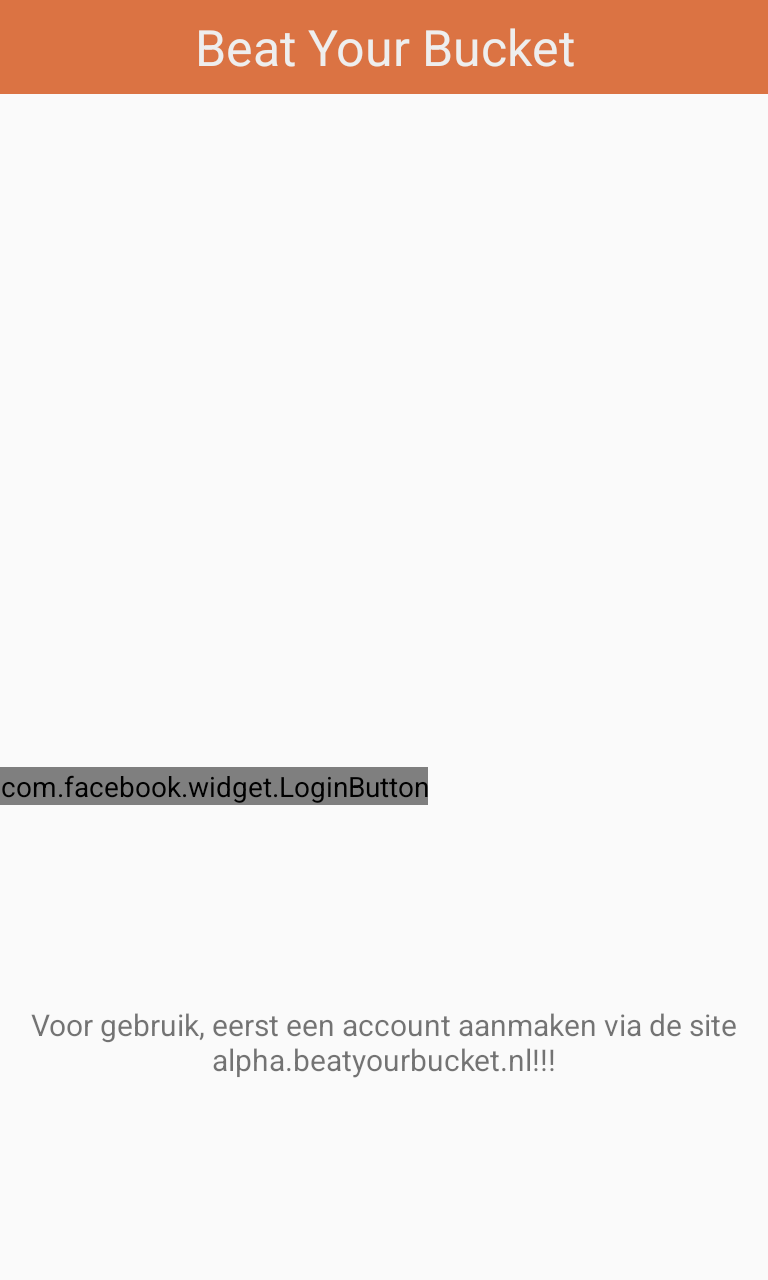
Repository: MarcSelles/BeatYourBucketAndroid
Layout: The_app/BeatYourBucket/res/layout/activity_main.xml
An editor plug-in stored every save of this project. The layout is shown before and after the next save, followed by the edit.
Pictures or frames that could not be fetched are drawn as grey boxes. It is drawn on a 768 x 1280 px phone screen (xhdpi) without system bars, with theme AppTheme; the app's code is not run.

Above is the layout before, as saved 2015-01-27 13:09:52.

### The_app/BeatYourBucket/res/layout/activity_main.xml
<LinearLayout xmlns:android="http://schemas.android.com/apk/res/android"
    xmlns:tools="http://schemas.android.com/tools"
    android:layout_width="match_parent"
    android:layout_height="match_parent"
    android:orientation="vertical">

    <TextView
        android:id="@+id/textView"
        android:layout_width="fill_parent"
        android:layout_height="0sp"
        android:layout_weight="0.04"
        android:background="#DB7343"
        android:gravity="center"
        android:text="Beat Your Bucket"
        android:textColor="#EEEEEE"
        android:textSize="25sp" />

    <LinearLayout
    android:layout_width="match_parent"
    android:layout_height="0sp"
    android:layout_weight="0.3">

    <com.facebook.widget.LoginButton
        android:id="@+id/authButton"
        android:layout_width="wrap_content"
        android:layout_height="wrap_content"
        android:layout_gravity="center|bottom"
        android:layout_marginTop="30dp"
        />
    </LinearLayout>

    <TextView
        android:id="@+id/info"
		 android:layout_width="fill_parent"
		 android:layout_height="0sp"
		 android:layout_weight="0.2"
		 android:textSize="15sp"
		 android:gravity="center"
		 android:text="Voor gebruik, eerst een account aanmaken via de site alpha.beatyourbucket.nl!!!" />

</LinearLayout>

Loaded but not shown: The_app/BeatYourBucket/res/values/styles.xml (common file); The_app/BeatYourBucket/res/values-v11/styles.xml (common file); The_app/BeatYourBucket/res/values-v14/styles.xml (common file)

After the next save:
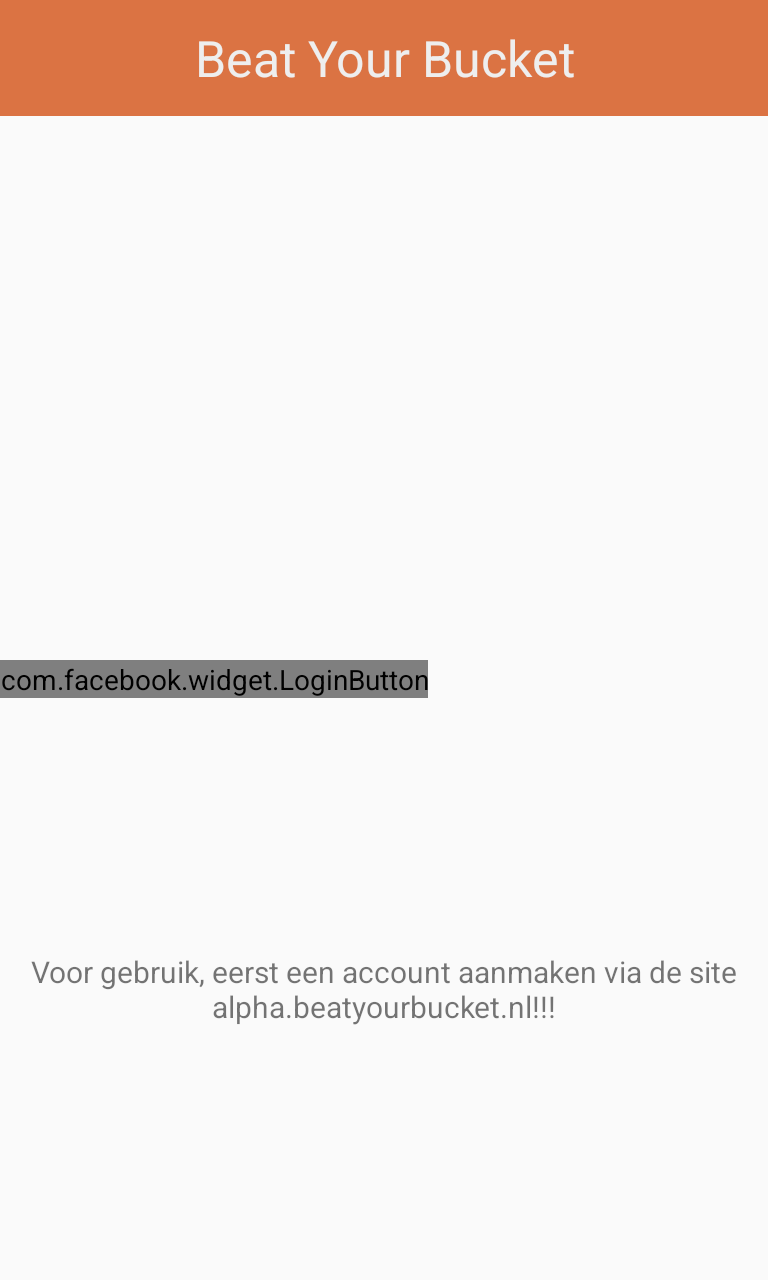
Saved 11 s later.
--- a/The_app/BeatYourBucket/res/layout/activity_main.xml
+++ b/The_app/BeatYourBucket/res/layout/activity_main.xml
@@ -18,7 +18,7 @@
     <LinearLayout
     android:layout_width="match_parent"
     android:layout_height="0sp"
-    android:layout_weight="0.3">
+    android:layout_weight="0.2">
 
     <com.facebook.widget.LoginButton
         android:id="@+id/authButton"
